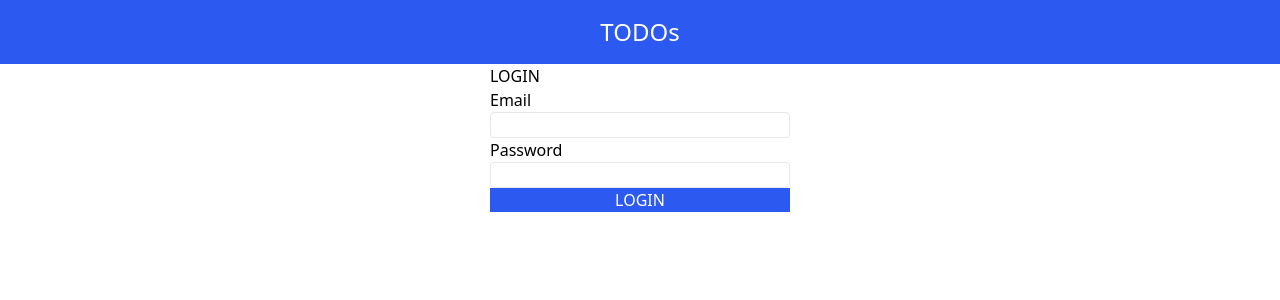
Repository: Jay-JYKim91/wanted-pre-onboarding-challenge-fe-1
Page: /auth
These files come from the project's save history. The page is drawn as it stood at one moment and after the next save; the edit follows.
The browser window is 1280 px wide. The pictures show the whole page.
The project was rebuilt for these pictures with package versions that can differ from the ones it lists, and the page was loaded fresh each time.

Above is the page before, as saved 2022-07-29 19:53:34.

### src/index.tsx
import React from "react"
import ReactDOM from "react-dom/client"
import "./index.css"
import App from "./App"
import { BrowserRouter } from "react-router-dom"

const root = ReactDOM.createRoot(document.getElementById("root") as HTMLElement)
root.render(
  <React.StrictMode>
    <BrowserRouter>
      <App />
    </BrowserRouter>
  </React.StrictMode>
)

### src/App.tsx
import React from "react"
import { Route, Routes } from "react-router-dom"
import Auth from "./page/Auth"

function App() {
  return (
    <div className="App">
      <header className="bg-primary-900 text-white text-center py-4 text-2xl">
        <span>TODOs</span>
      </header>
      <Routes>
        <Route path="/auth" element={<Auth />} />
      </Routes>
    </div>
  )
}

export default App

### src/page/Auth.tsx
import React from "react"

function Auth() {
  return (
    <div>
      <div className="max-w-[300px] m-auto">
        <h1>LOGIN</h1>
        <form>
          <div className="flex flex-col">
            <label htmlFor="emailForLogin">Email</label>
            <input type="email" id="emailForLogin" className="border rounded" />
          </div>
          <div className="flex flex-col">
            <label htmlFor="passwordForLogin">Password</label>
            <input
              type="password"
              id="passwordForLogin"
              className="border rounded"
            />
          </div>
          <button type="button" className="w-full bg-primary-900 text-white">
            LOGIN
          </button>
        </form>
      </div>
    </div>
  )
}

export default Auth

### tailwind.config.js
/** @type {import('tailwindcss').Config} */
module.exports = {
  content: [
    "./src/**/*.{js,jsx,ts,tsx}",
  ],
  theme: {
    extend: {
      colors: {
        'primary': {
          100: '#47dfbc',
          500: '#428afe',
          900: '#2c5af1',
        }
      },
    },
  },
  plugins: [],
}

Loaded but not shown: public/index.html (common file); src/index.css (common file)

After the next save:
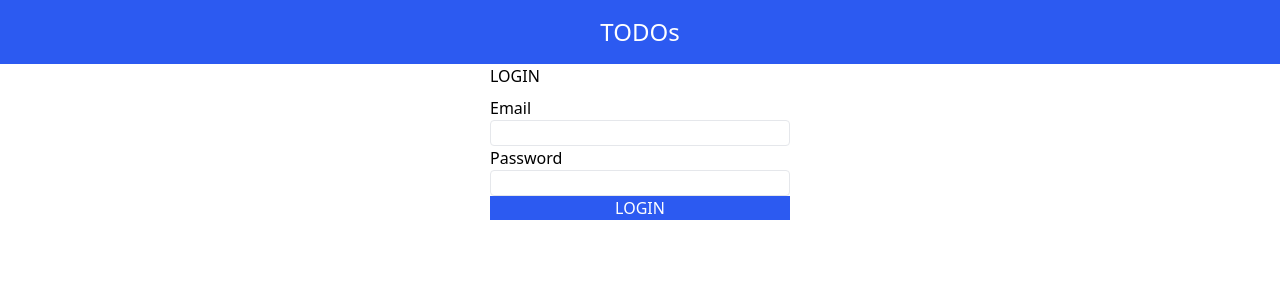
Saved 15 s later.
--- a/src/page/Auth.tsx
+++ b/src/page/Auth.tsx
@@ -5,7 +5,7 @@ function Auth() {
     <div>
       <div className="max-w-[300px] m-auto">
         <h1>LOGIN</h1>
-        <form>
+        <form className="my-2">
           <div className="flex flex-col">
             <label htmlFor="emailForLogin">Email</label>
             <input type="email" id="emailForLogin" className="border rounded" />
